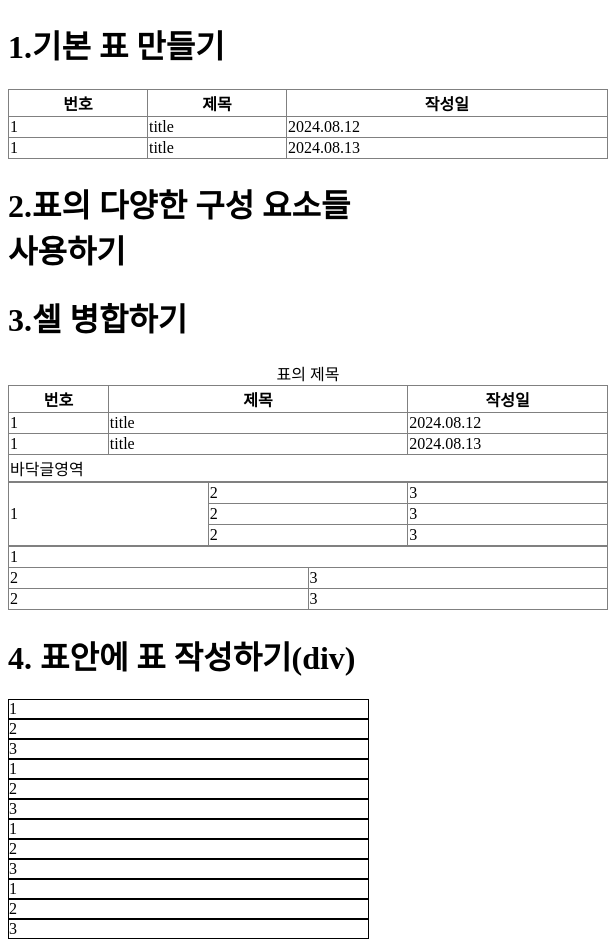
Repository: Junvelop/hkdevelope
Page: Downloads/back_end_edu20240624-master (1)/front_end_20240627/src/main/webapp/html05_표만들기.html
An editor plug-in stored every save of this project. The page is shown before and after the next save, followed by the edit.
The browser window is 375 px wide. The page is 608 px wide, so the pictures cover 608 px, including what lies to the right of the window. The pictures show the whole page.

Above is the page before, as saved 2024-08-13 00:49:01.

After the next save:
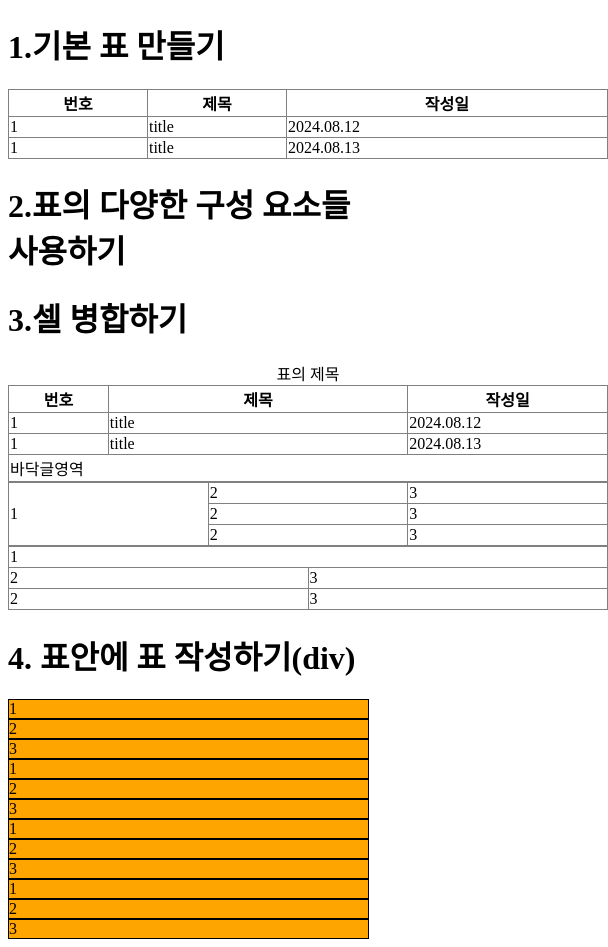
Saved 63 s later.
--- a/Downloads/back_end_edu20240624-master (1)/front_end_20240627/src/main/webapp/html05_표만들기.html
+++ b/Downloads/back_end_edu20240624-master (1)/front_end_20240627/src/main/webapp/html05_표만들기.html
@@ -3,50 +3,58 @@
 <head>
 <meta charset="EUC-KR">
 <title>html05_표만들기</title>
+<style type = "text/css">
+		table{border-collapse : collapse;}
+		.tb{width:600px;}
 
 
-<style type="text/css">
-    table {
-        border-collapse: collapse;
-    }
+		.table{                  /* .은 컴파일러에게 클래스에서 정의한 타입이라고 알려주는 것임)*/
+		display : table;		/* div로 만든 123123 이런 것을 css로 테이블처럼 만들기 */
+		}
 
-    .tb {
-        width: 600px;
-    }
 
-    .table {
-        display: table;
-    }
+		.tr{
+		display : table -row;
 
-    .tr {
-        display: table-row;
-    }
+		}
 
-    .td {
-        display: table-cell;
-        border: 1px solid black;
-        width: 100px;
-    }
+		.td{
 
-    /* mobile 화면일 경우 */
-    @media screen and (max-width: 600px) {
+		display: table-cell;
+		border: 1px solid black;
+		width: 100px;
 
-        .table {
-            display: block;
-        }
+		}
 
-        .tr {
-            display: block;
-        }
+		/* mobile 화면일 경우 */
 
-        .td {
-            display: block;
-            border: 1px solid black;
-            width: 100%; /* 모바일 화면에 맞게 조정 */
-        }
-    }
+		@media screen and (max-width : 600px){
+
+
+				.table{                  /* .은 컴파일러에게 클래스에서 정의한 타입이라고 알려주는 것임)*/
+		display : block;		/* div로 만든 123123 이런 것을 css로 테이블처럼 만들기 */
+		}
+
+
+		.tr{
+		display : block;
+
+		}
+
+		.td{
+
+		display: block;
+		border : 1px solid black;
+		width : 100%;
+		background-color: orange;
+
+		}
+
+
+		}
+
+
 </style>
-
 
 
 </head>
